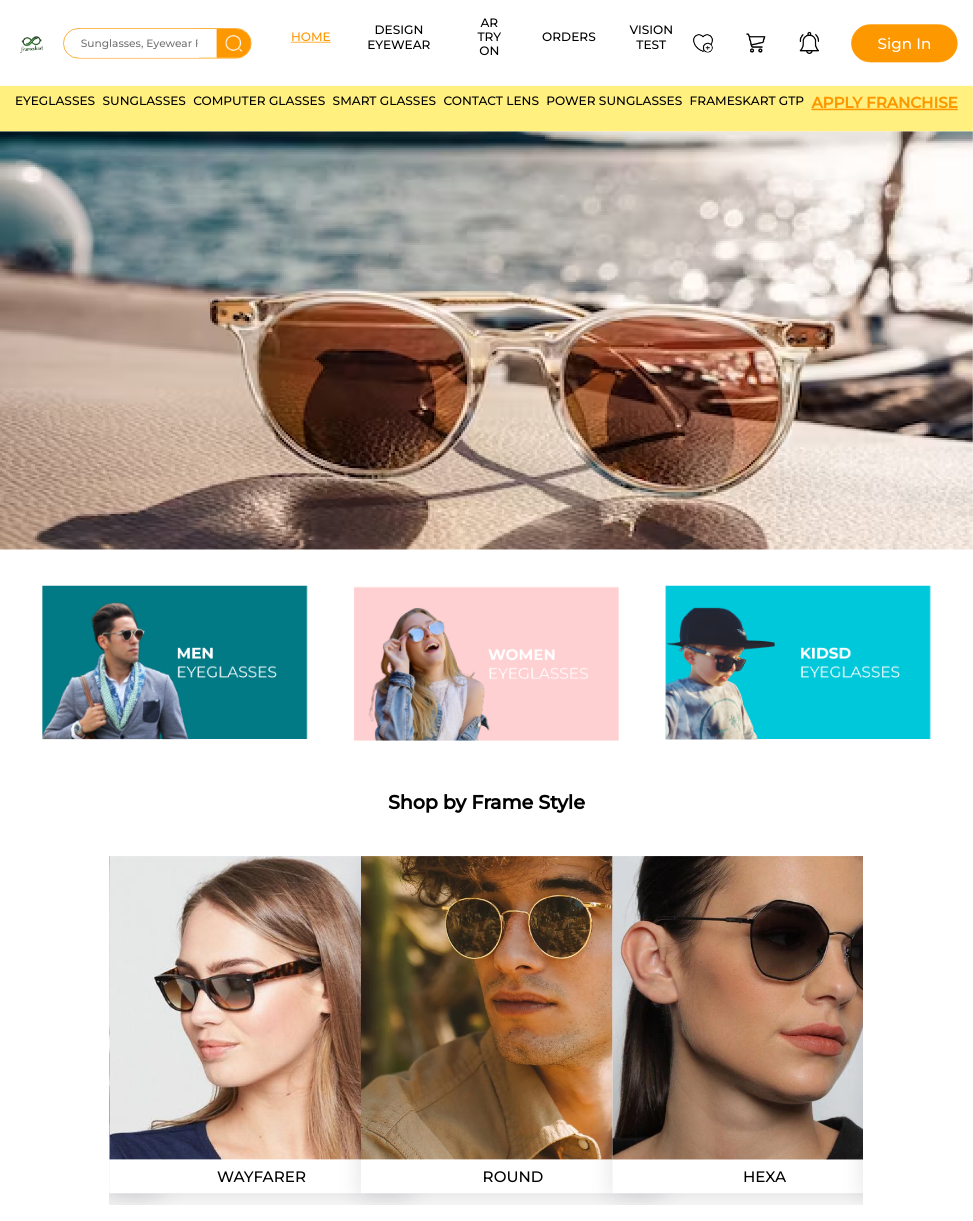
Repository: FlyweisReact/Frameskart
Page: /
These files come from the project's save history. The page is drawn as it stood at one moment and after the next save; the edit follows.
The browser window is 1280 px wide. The pictures show the whole page, at 76% of full size.
The project was rebuilt for these pictures with package versions that can differ from the ones it lists, and the page was loaded fresh each time.

Above is the page before, as saved 2023-10-21 15:31:03.

After the next save:
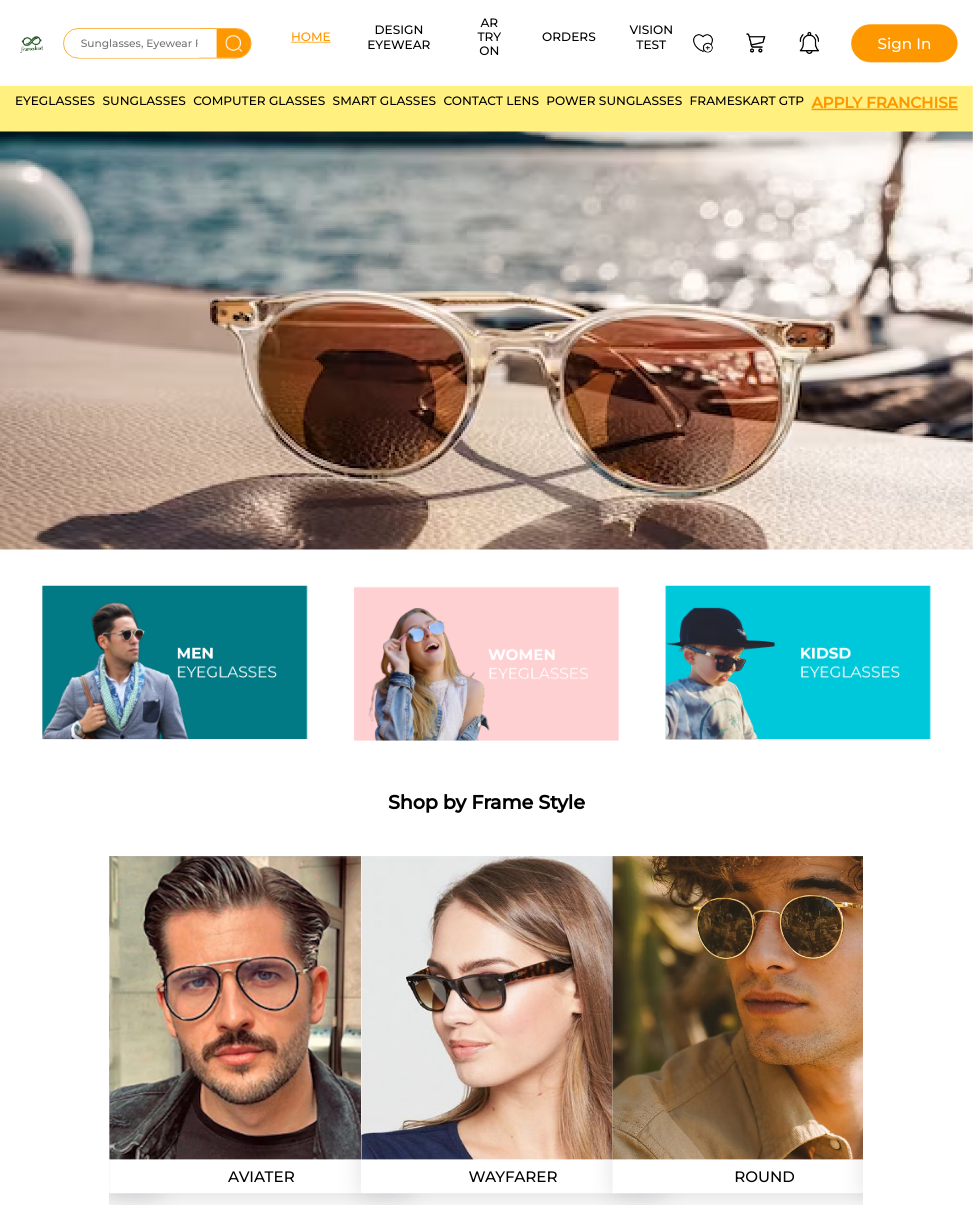
Saved 8 s later.
--- a/src/Component/Slider/ShopSlider.js
+++ b/src/Component/Slider/ShopSlider.js
@@ -8,7 +8,7 @@
     speed: 500,
     slidesToShow: 3,
     slidesToScroll: 1,
-    autoplay: true,
+    autoplay: false,
     autoplaySpeed: 3000,
     responsive: [
       {
